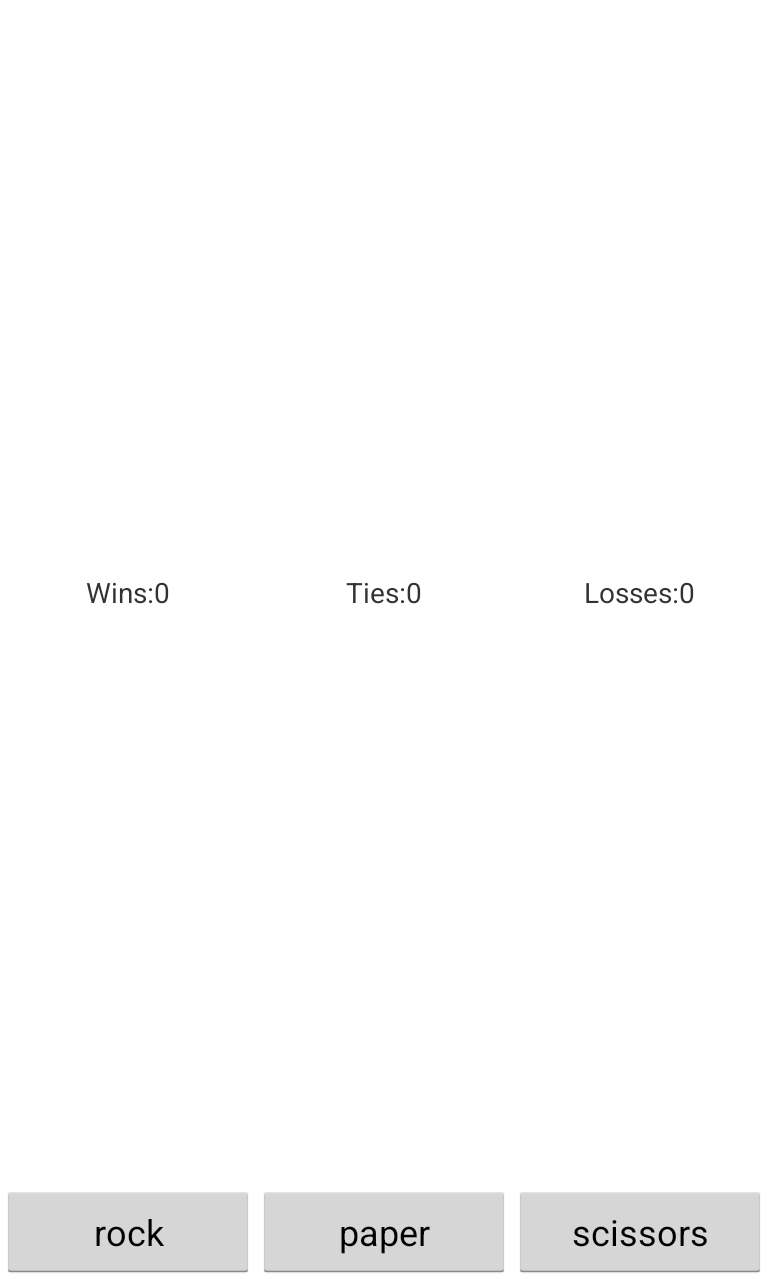
Repository: BU-HuangJ/angrybots_android_app
Layout: workspace/AngryBots/res/layout/activity_mini_game3.xml
These files come from the project's save history. The layout is drawn as it stood at one moment and after the next save; the edit follows.
It is drawn on a 768 x 1280 px phone screen (xhdpi) without system bars, with theme AppTheme; the app's code is not run.

Above is the layout before, as saved 2013-04-29 17:51:36.

### workspace/AngryBots/res/layout/activity_mini_game3.xml
<LinearLayout xmlns:android="http://schemas.android.com/apk/res/android"
    xmlns:tools="http://schemas.android.com/tools"
    android:layout_width="match_parent"
    android:layout_height="match_parent"
    android:orientation="vertical"
    tools:context=".MiniGame3" >

    <TextView
	    android:id="@+id/p2_choice"
	    android:layout_width="fill_parent"
	    android:layout_height="0dp"
	    android:layout_weight="1"
		android:gravity="center"
	    android:text="" />

    <LinearLayout
        android:id="@+id/RPC_results"
	    android:layout_width="fill_parent"
	    android:layout_height="wrap_content"
	    android:baselineAligned="false"
	    android:orientation="horizontal" >

	    <LinearLayout
		    android:layout_width="0dp"
		    android:layout_height="wrap_content"
	    	android:layout_weight="1"
			android:gravity="center"
		    android:orientation="horizontal" >

		    <TextView
			    android:layout_width="wrap_content"
			    android:layout_height="wrap_content"
			    android:text="@string/rpc_wins" />

		    <TextView
	        	android:id="@+id/RPC_wins"
			    android:layout_width="wrap_content"
			    android:layout_height="wrap_content"
			    android:text="@string/zero" />

	    </LinearLayout>

	    <LinearLayout
		    android:layout_width="0dp"
		    android:layout_height="wrap_content"
	    	android:layout_weight="1"
			android:gravity="center"
		    android:orientation="horizontal" >

		    <TextView
			    android:layout_width="wrap_content"
			    android:layout_height="wrap_content"
			    android:text="@string/rpc_ties" />

		    <TextView
	        	android:id="@+id/RPC_ties"
			    android:layout_width="wrap_content"
			    android:layout_height="wrap_content"
			    android:text="@string/zero" />

	    </LinearLayout>

	    <LinearLayout
		    android:layout_width="0dp"
		    android:layout_height="wrap_content"
	    	android:layout_weight="1"
			android:gravity="center"
		    android:orientation="horizontal" >

		    <TextView
			    android:layout_width="wrap_content"
			    android:layout_height="wrap_content"
			    android:text="@string/rpc_losses" />

		    <TextView
	        	android:id="@+id/RPC_losses"
			    android:layout_width="wrap_content"
			    android:layout_height="wrap_content"
			    android:text="@string/zero" />

	    </LinearLayout>

    </LinearLayout>

    <TextView
	    android:id="@+id/p1_choice"
	    android:layout_width="fill_parent"
	    android:layout_height="0dp"
	    android:layout_weight="1"
		android:gravity="center"
	    android:text="" />

    <LinearLayout
        android:id="@+id/RPC_bot"
	    android:layout_width="fill_parent"
	    android:layout_height="wrap_content"
	    android:orientation="horizontal" >

        <Button
	        android:id="@+id/bot_rock"
	        android:layout_width="0dp"
	        android:layout_height="fill_parent"
	        android:layout_weight="1"
	        android:onClick="chooseRock"
	        android:text="@string/rock" />

        <Button
	        android:id="@+id/bot_paper"
	        android:layout_width="0dp"
	        android:layout_height="fill_parent"
	        android:layout_weight="1"
	        android:onClick="choosePaper"
	        android:text="@string/paper" />

        <Button
	        android:id="@+id/bot_scissors"
	        android:layout_width="0dp"
	        android:layout_height="fill_parent"
	        android:layout_weight="1"
	        android:onClick="chooseScissors"
	        android:text="@string/scissors" />

    </LinearLayout>

    <Button
        android:id="@+id/find_opponent_button"
        android:layout_width="fill_parent"
        android:layout_height="wrap_content"
        android:onClick="find_opponent"
        android:visibility="gone"
        android:text="@string/find_opponent" />

</LinearLayout>

### workspace/AngryBots/res/values/strings.xml
<?xml version="1.0" encoding="utf-8"?>
<resources>

    <string name="title_activity_human_home_page">HumanHomePage</string>
    <string name="login_screen_image">Login Screen Image</string>
    <string name="title_activity_main_menu">MainMenuActivity</string>
    <string name="app_name">angrybotsapp</string>
    <string name="hello_world">Hello world!</string>
    <string name="menu_settings">Settings</string>
    <string name="AngryBots_Profile">Angry Bots Profile</string>
    <string name="Leaderboard">Leaderboard</string>
    <string name="Achievements">Achievements</string>
    <string name="edit_message">Enter a message</string>
    <string name="button_send">Send</string>
    <string name="title_activity_angrybots_profile">AngrybotsProfile</string>
    <string name="title_activity_leaderboard">Leaderboard</string>
    <string name="title_activity_Achievements">Achievements</string>
    <string name="title_activity_achievements">Achievements</string>
    <string name="lerpzprofile">LerpzProfile</string>
    <string name="title_activity_options">Server</string>
    <string name="title_activity_edit">Map</string>
    <string name="title_activity_tab_sample">Settings</string>
    <string name="title_activity_mini_game">MiniGame</string>
    <string name="title_activity_add_point">AddPoint</string>
    <string name="title_activity_mappoint1">Mappoint1</string>
    <string name="title_activity_mappoint2">Mappoint2</string>
    <string name="title_activity_mappoint3">Mappoint3</string>
    <string name="title_activity_mappoint4">Mappoint4</string>
    <string name="title_activity_mappoint5">Mappoint5</string>
    <string name="title_activity_mappoint6">Mappoint6</string>
    <string name="title_activity_minigame_portal">MinigamePortal</string>
    <string name="title_activity_mini_game2">MiniGame2</string>
    <string name="app_title">Find The Imposter by Dylan Taylor</string>
    <string name="win_title">Congratulations!</string>
    <string name="win_message">You found the imposter!</string>
    <string name="ok">OK</string>
    <string name="lose_title">You Lose!</string>
    <string name="title_activity_human_wiki">HumanWiki</string>
    <string name="title_activity_mini_game3">MiniGame3</string>
    <string name="find_opponent">Search for an Opponent</string>
    <string name="rock">rock</string>
    <string name="paper">paper</string>
    <string name="scissors">scissors</string>
    <string name="rpc_wins">Wins: </string>
    <string name="rpc_ties">Ties: </string>
    <string name="rpc_losses">Losses: </string>
    <string name="zero">0</string>
    <string name="title_activity_robot_home_page">RobotHomePage</string>
    <string name="title_activity_robot_competition">RobotCompetition</string>
    <string name="title_activity_robot_leaderboard">RobotLeaderboard</string>
    <string name="action_settings">Settings</string>
    <string name="title_activity_robot_map">RobotMap</string>
    <string name="title_activity_robot_minigames">RobotMinigames</string>
    <string name="title_activity_robot_profile">RobotProfile</string>
    <string name="title_activity_robot_settings">RobotSettings</string>
    <string name="title_activity_robot_wiki">RobotWiki</string>

</resources>

Loaded but not shown: workspace/AngryBots/res/values/styles.xml (common file); workspace/AngryBots/res/values-v11/styles.xml (common file); workspace/AngryBots/res/values-v14/styles.xml (common file)

After the next save:
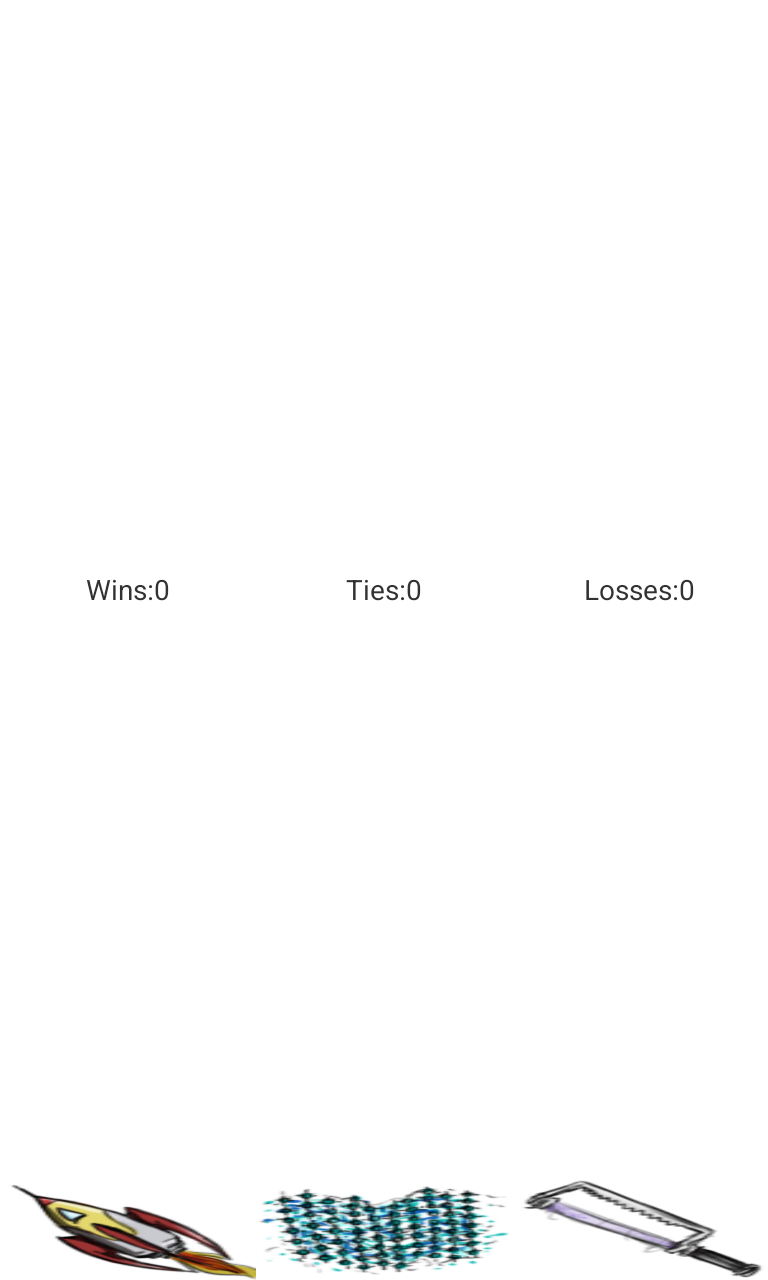
Saved 2 min 14 s later.
--- a/workspace/AngryBots/res/layout/activity_mini_game3.xml
+++ b/workspace/AngryBots/res/layout/activity_mini_game3.xml
@@ -102,7 +102,7 @@
 	        android:layout_height="fill_parent"
 	        android:layout_weight="1"
 	        android:onClick="chooseRock"
-	        android:text="@string/rock" />
+   	    	android:background="@drawable/rpc_rock_rocket" />
 
         <Button
 	        android:id="@+id/bot_paper"
@@ -110,7 +110,7 @@
 	        android:layout_height="fill_parent"
 	        android:layout_weight="1"
 	        android:onClick="choosePaper"
-	        android:text="@string/paper" />
+   	    	android:background="@drawable/rpc_paper_nano_net" />
 
         <Button
 	        android:id="@+id/bot_scissors"
@@ -118,7 +118,7 @@
 	        android:layout_height="fill_parent"
 	        android:layout_weight="1"
 	        android:onClick="chooseScissors"
-	        android:text="@string/scissors" />
+   	    	android:background="@drawable/rpc_scissors_laser_cutter" />
 
     </LinearLayout>
 
